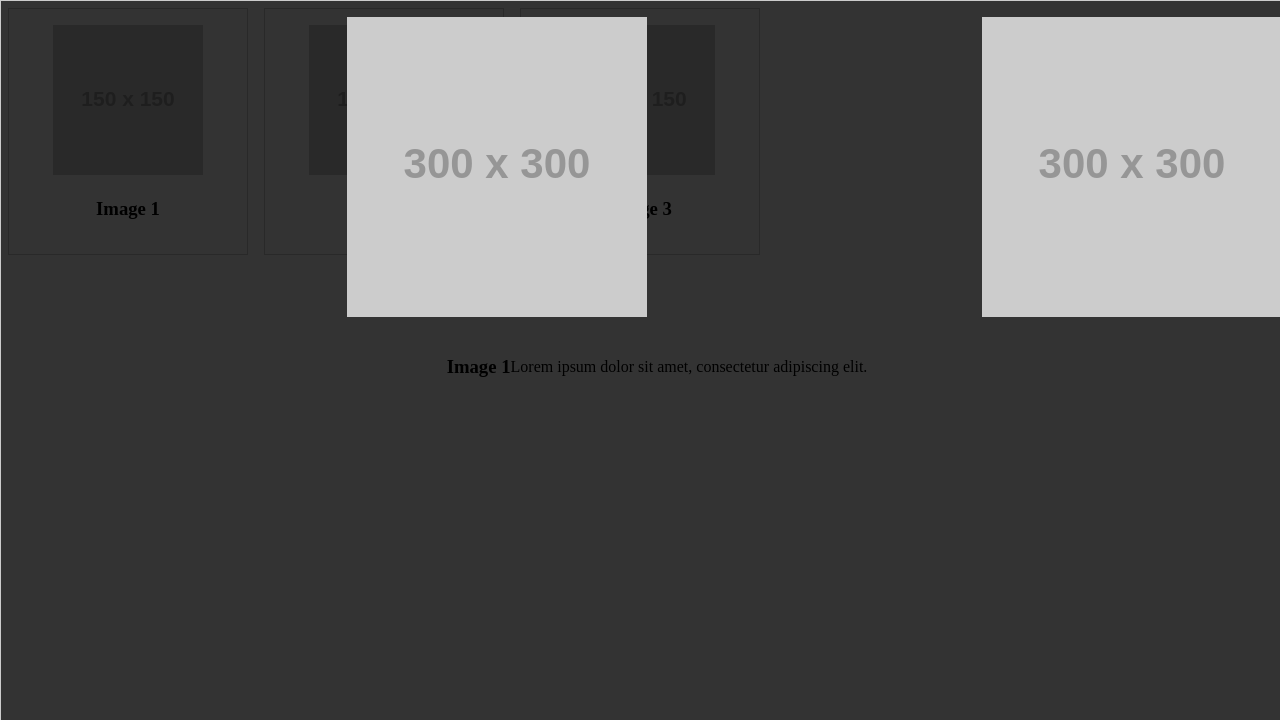
Repository: Jordybeer/wow
Page: /, after clicking the first element matching `div.card`
The author's editor kept a copy of each file at every save. The page is drawn from the files as they stood at one save, then again after the next save.
The browser window is 1280 px wide. The pictures show the whole page.
The project was rebuilt for these pictures with package versions that can differ from the ones it lists, and the page was loaded fresh each time. The framework's server and built-in components were replaced by stand-ins that run in the browser.

Above is the page before, as saved 2023-09-18 09:41:06.

After the next save:
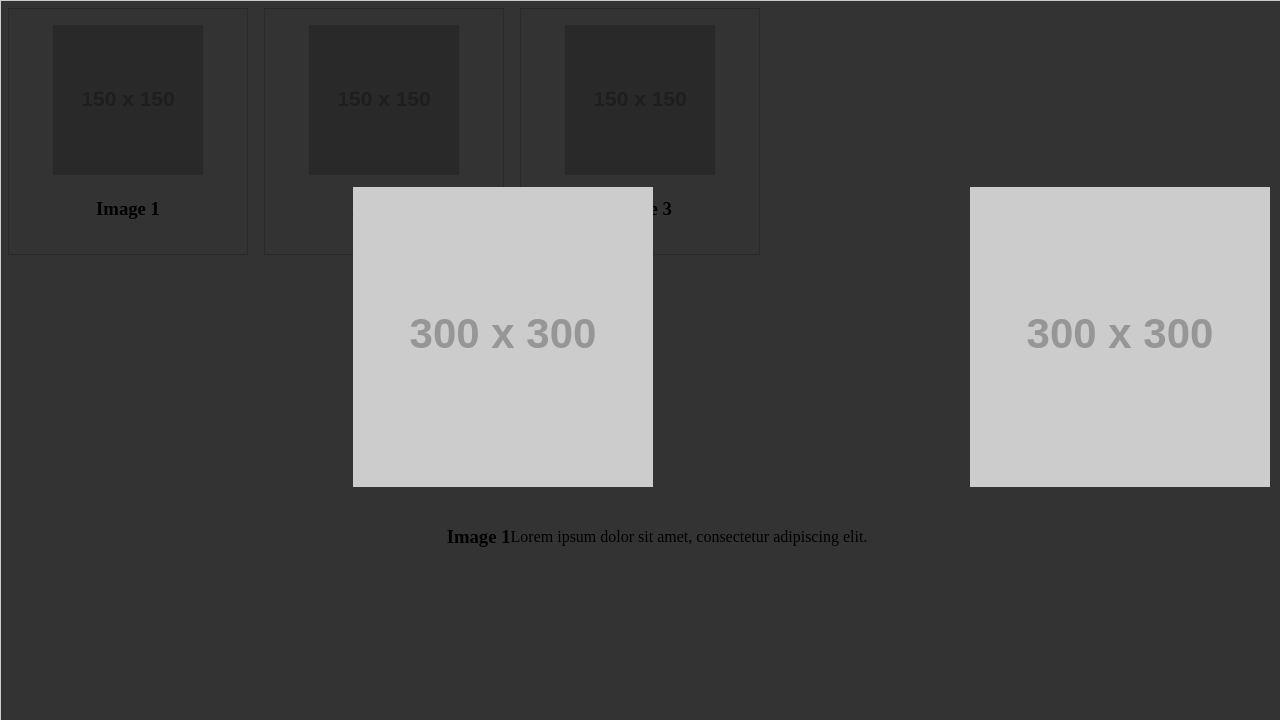
Saved 10 s later.
--- a/styles/styles.css
+++ b/styles/styles.css
@@ -22,6 +22,10 @@
   z-index: 1000;
   display: flex;
   flex-direction: column;
+    background-color: rgba(0, 0, 0, 0.8);
+  display: flex;
+  align-items: center;
+  justify-content: center;
 }
 
 .slideshow {
